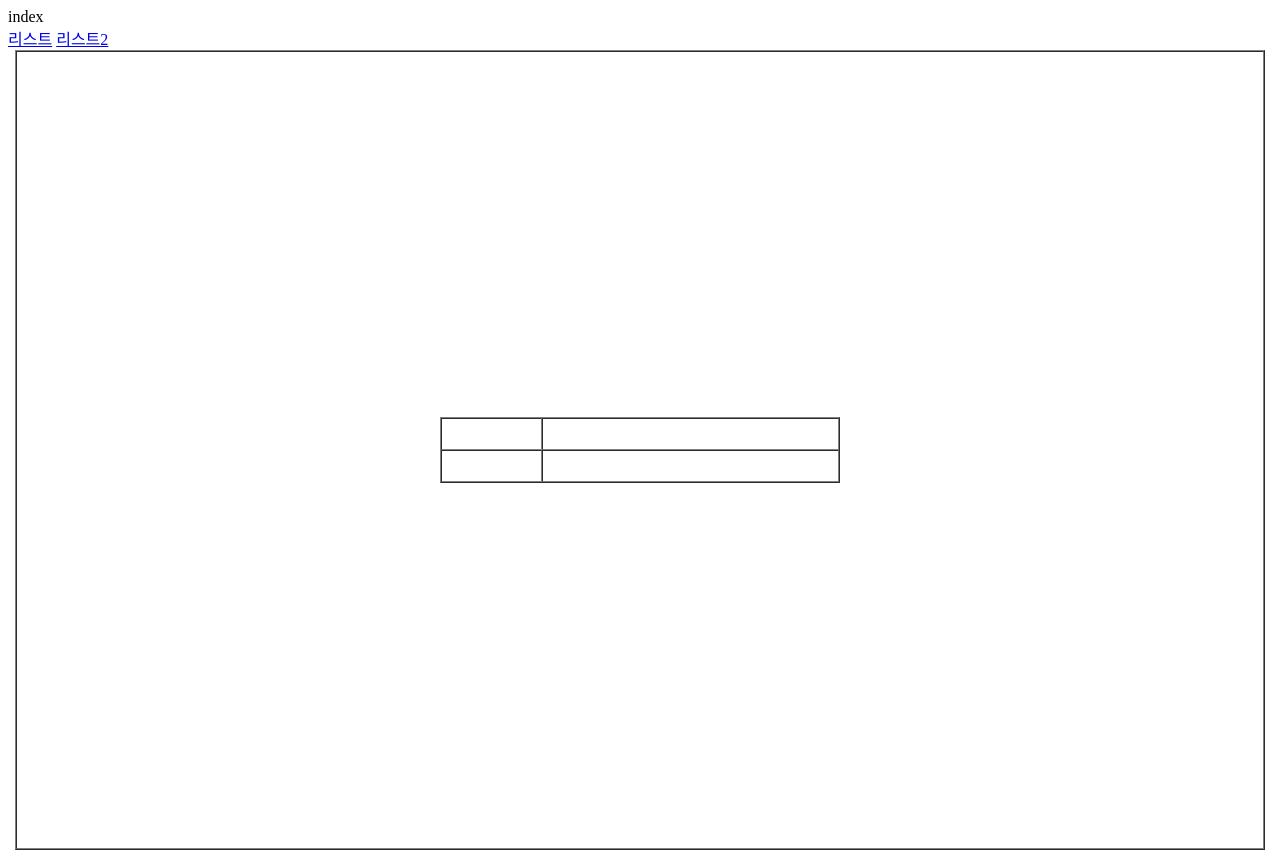
Repository: SniperDitto/save
Page: http://localhost/SpringBoard/
These files come from the project's save history. The page is drawn as it stood at one moment and after the next save; the edit follows.
The browser window is 1280 px wide. The pictures show the whole page.
The page is served by Tomcat 9. Other server files are loaded and not shown.

Above is the page before, as saved 2022-05-30 05:34:03.

### 2022JAVA_YSH 1/JAVA/SpringBoard/SpringBoard/src/main/webapp/index.jsp
<%@page import="java.util.ArrayList"%>
<%@ page language="java" contentType="text/html; charset=UTF-8"
    pageEncoding="UTF-8"%>
<!DOCTYPE html>
<html>
<head>
<meta charset="UTF-8">
<title>home</title>
</head>
<body>
index<br/>
<a href="boardsList">리스트</a>
<a href="list">리스트2</a>
<table cellpadding="0" cellspacing="0" width="1250" height="800" align="center" border="1px">
	<tr>
		<td width="700px" align="center" valign="middle">
			<form>
				<table cellpadding="0" cellspacing="0" width="400px" align="center" border="1px">
					<tr>
						<td width="100px" height="30px" align="center"></td>
						<td width="300px" height="30px" align="center"></td>
					</tr>
					<tr>
						<td width="100px" height="30px" align="center"></td>
						<td width="300px" height="30px" align="center"></td>
					</tr>
				</table>
			</form>
		</td>
	</tr>
</table>
</body>
</html>

After the next save:
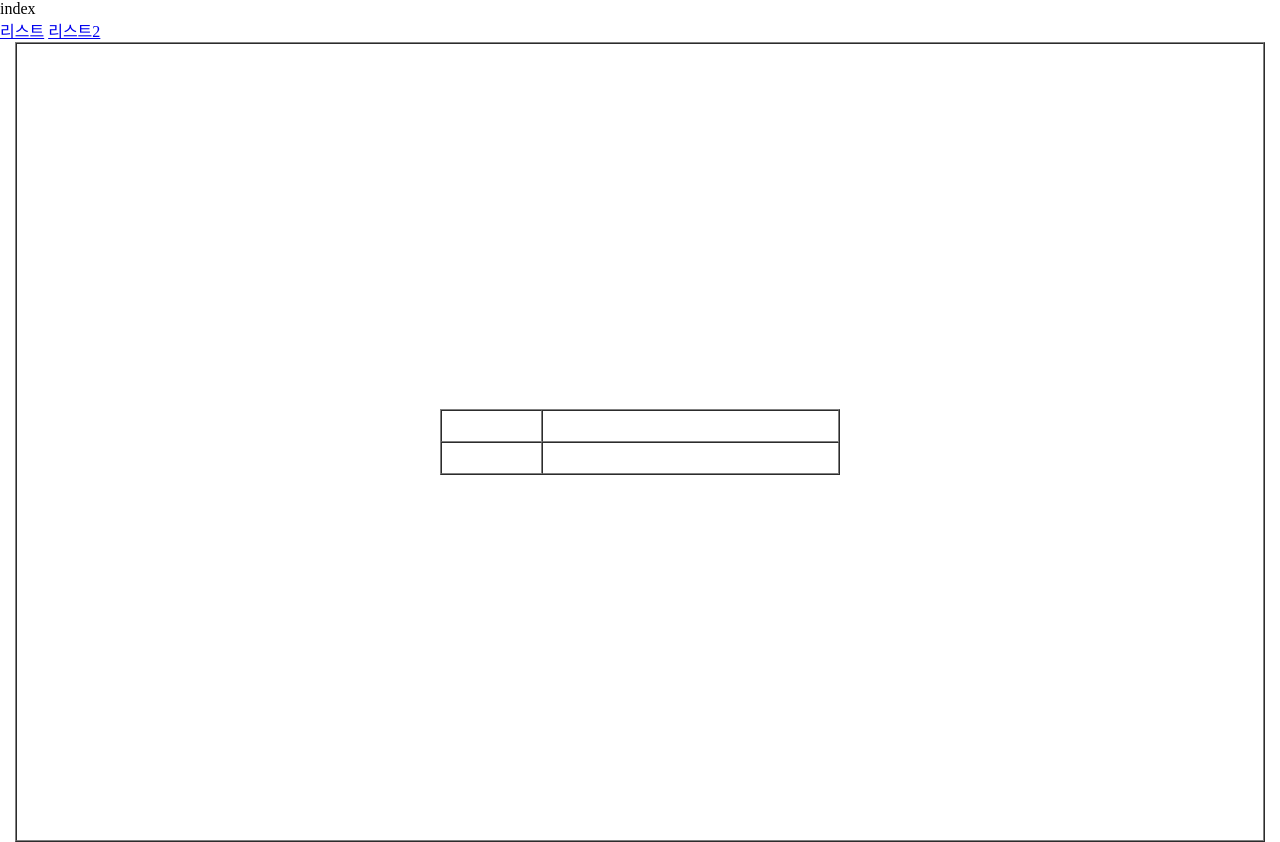
Saved 28 s later.
--- a/2022JAVA_YSH 1/JAVA/SpringBoard/SpringBoard/src/main/webapp/index.jsp
+++ b/2022JAVA_YSH 1/JAVA/SpringBoard/SpringBoard/src/main/webapp/index.jsp
@@ -6,6 +6,13 @@
 <head>
 <meta charset="UTF-8">
 <title>home</title>
+
+<style>
+	body{
+		margin:0px;
+		padding:0px;
+	}
+</style>
 </head>
 <body>
 index<br/>
